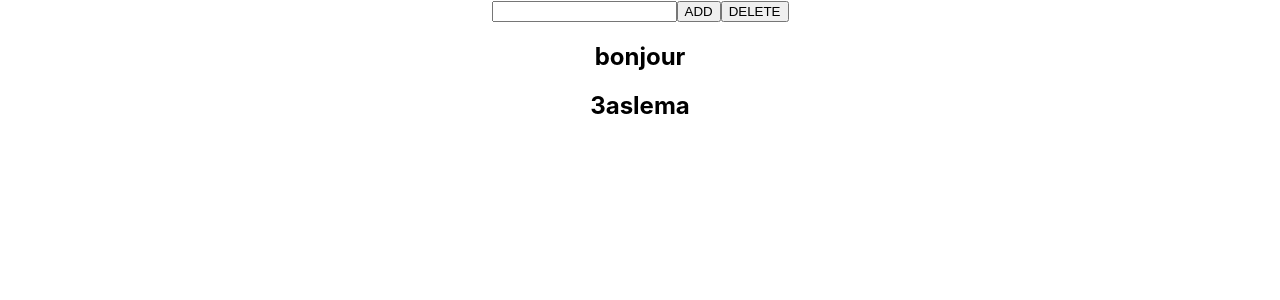
Repository: swayahskandar/State_ws
Page: / (app in corrections/WS-State-F3-Mars-master/)
An editor plug-in stored every save of this project. The page is shown before and after the next save, followed by the edit.
The browser window is 1280 px wide. The pictures show the whole page.
The project was rebuilt for these pictures with package versions that can differ from the ones it lists, and the page was loaded fresh each time.

Above is the page before, as saved 2021-05-26 11:16:26.

After the next save:
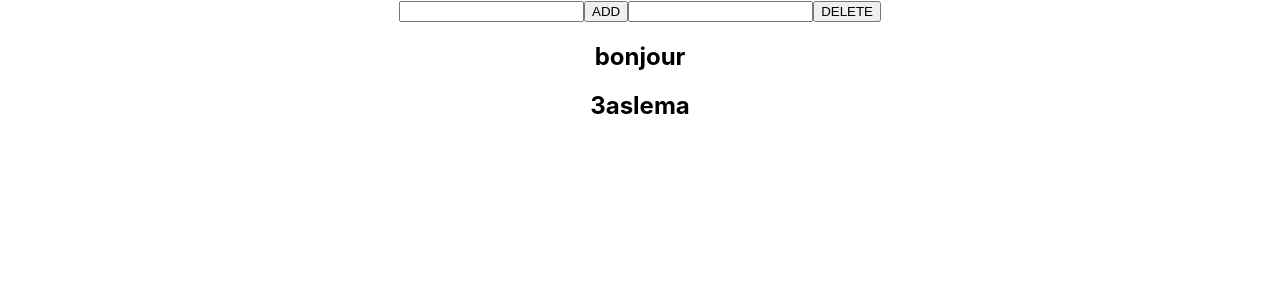
Saved 84 s later.
--- a/corrections/WS-State-F3-Mars-master/src/components/Counter.js
+++ b/corrections/WS-State-F3-Mars-master/src/components/Counter.js
@@ -13,6 +13,11 @@ export default class Counter extends Component {
           onChange={(e) => this.setState({ text: e.target.value })}
         />
         <button onClick={() => this.props.add(this.state.text)}>ADD</button>
+
+        <input
+          type="text"
+          onChange={(e) => this.setState({ text: e.target.value })}
+        />
         <button onClick={() => this.props.delete(this.state.text)}>DELETE</button>
       </div>
     );
